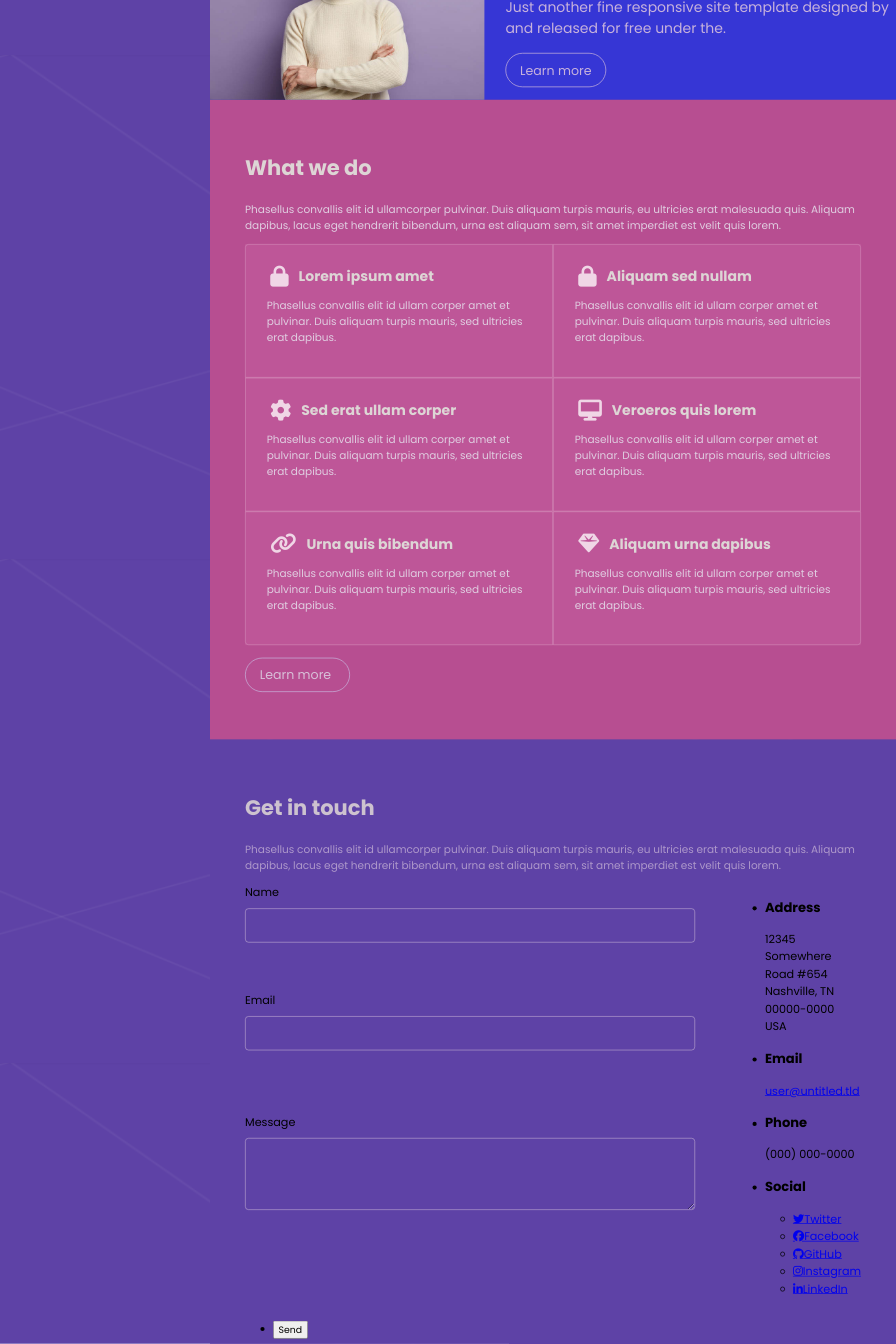
Repository: zai31/KIMIT_Tasks
Page: JsSession8/index.html
An editor plug-in stored every save of this project. The page is shown before and after a run of saves, followed by the edit.
The browser window is 1280 px wide. The pictures show the part of the page from y = 1361 to 3281 px (the page is 3281 px tall), at 70% of full size.
Backgrounds fixed to the window are drawn as part of the page.

Above is the page before, as saved 2025-09-15 22:28:42.

After the next 2 saves:
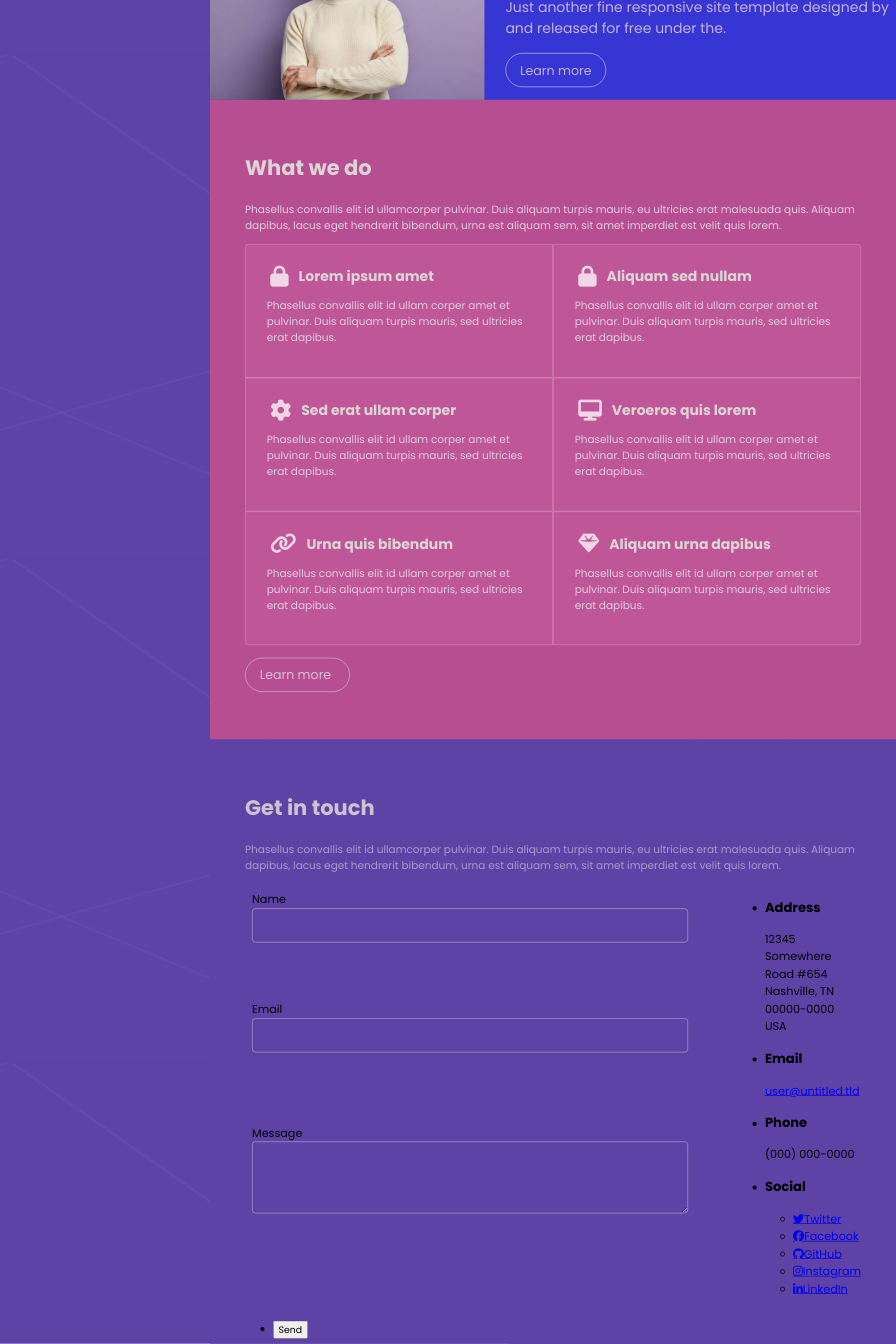
The 2 saves are shown as one change because they came seconds apart.
The last was saved 12 s later.
--- a/JsSession8/CSS/style.css
+++ b/JsSession8/CSS/style.css
@@ -291,7 +291,7 @@ body {
   display: flex;
   flex-direction: column;
   flex: 1; /* make name and email share equal width */
-  gap: 10px;
+  padding: 10px;
 }
 .field input, .field textarea{
     background-color: transparent;
